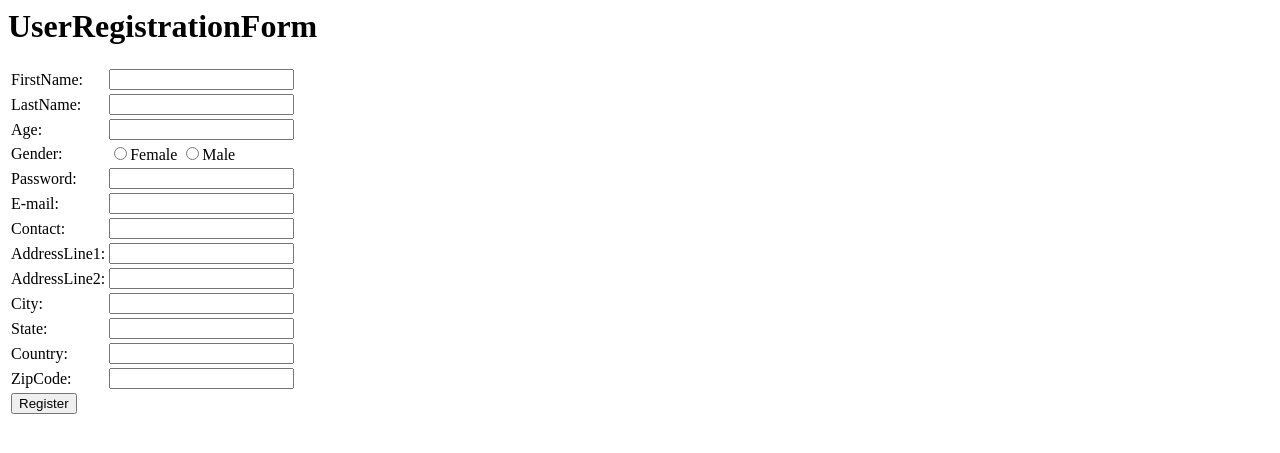
Repository: iamysna/EComm
Page: http://localhost/EComm/WEB-INF/views/Registration.jsp
These files come from the project's save history. The page is drawn as it stood at one moment and after the next save; the edit follows.
The browser window is 1280 px wide. The pictures show the whole page.
The page is served by Tomcat 9. Nobody is signed in. The template is opened directly, without the code that normally fills it, so the values that code supplies are empty.

Above is the page before, as saved 2016-02-09 05:10:24.

After the next save:
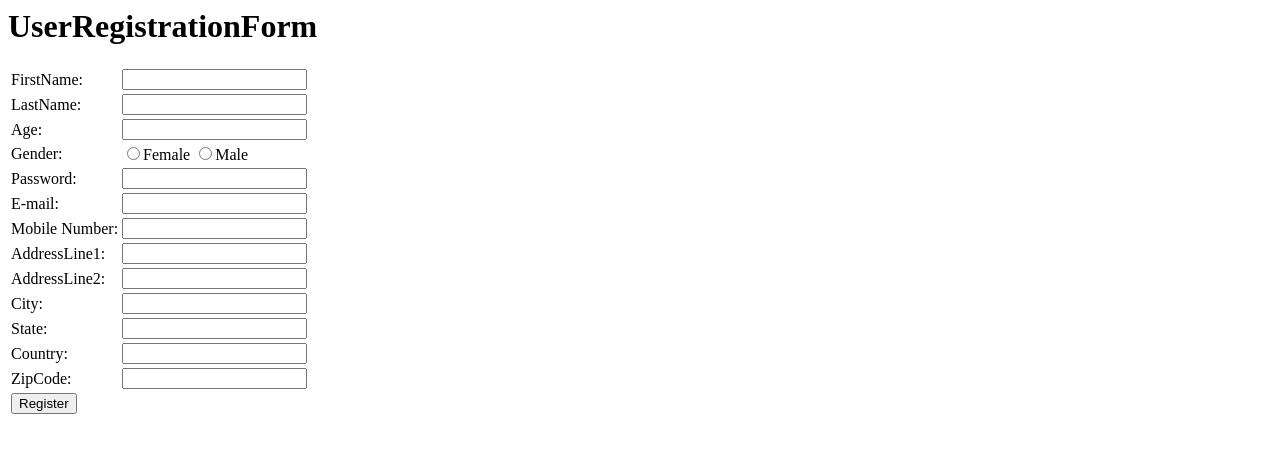
Saved 28 s later.
--- a/EComm/src/main/webapp/WEB-INF/views/Registration.jsp
+++ b/EComm/src/main/webapp/WEB-INF/views/Registration.jsp
@@ -44,8 +44,8 @@
 			</tr>
 
 			<tr>
-			<td>Contact:</td>
-			<td><form:input path="contact"/></td>
+			<td>Mobile Number:</td>
+			<td><form:input path="mobileNumber"/></td>
 			</tr>
 			<tr>
 			<td>AddressLine1:</td>
